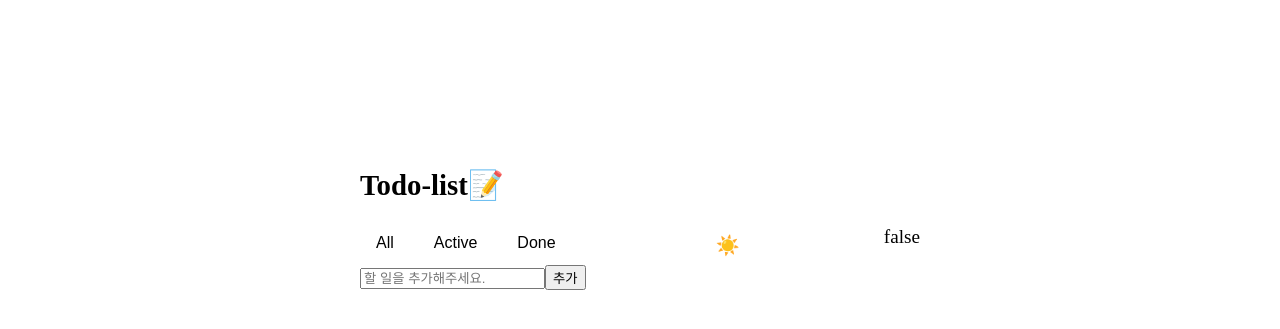
Repository: Yugayoung/todoListType
Page: /
These files come from the project's save history. The page is drawn as it stood at one moment and after the next save; the edit follows.
The browser window is 1280 px wide. The pictures show the whole page.
Some web fonts or font styles are not loaded; a fallback is used. The project was rebuilt for these pictures with package versions that can differ from the ones it lists, and the page was loaded fresh each time. Imported but missing from the stored project, and not drawn on this page: src/components/Todo.

Above is the page before, as saved 2024-04-16 14:24:17.

After the next save:
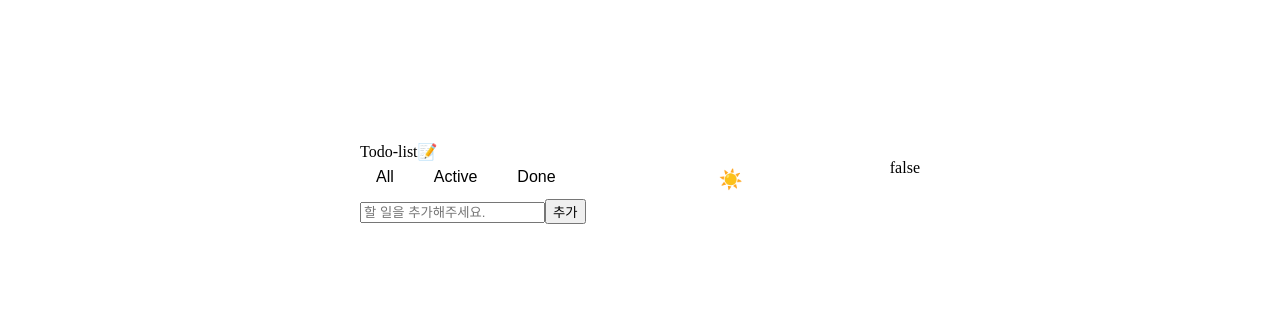
Saved 4 min 16 s later.
--- a/src/App.tsx
+++ b/src/App.tsx
@@ -2,20 +2,22 @@ import React from 'react';
 import Header from './components/Header';
 import TodoList from './components/TodoList';
 import { DarkModeProvider } from './context/DarkModeContext';
-import styled from 'styled-components';
+import { createGlobalStyle } from 'styled-components';
+import reset from 'reset-css';
 
 function App() {
   return (
     <DarkModeProvider>
-      <Container>
-        <Header />
-        <TodoList />
-      </Container>
+      <Header />
+      <TodoList />
     </DarkModeProvider>
   );
 }
-const Container = styled.div`
-  background-color: ${({ theme }) => theme.BACKGROUND};
-  color: ${({ theme }) => theme.MAIN};
+const GlobalStyle = createGlobalStyle`
+  ${reset}
+  body {
+    background-color: ${(props) => props.theme.bgColor};
+    color:${(props) => props.theme.textColor}
+  }
 `;
 export default App;
